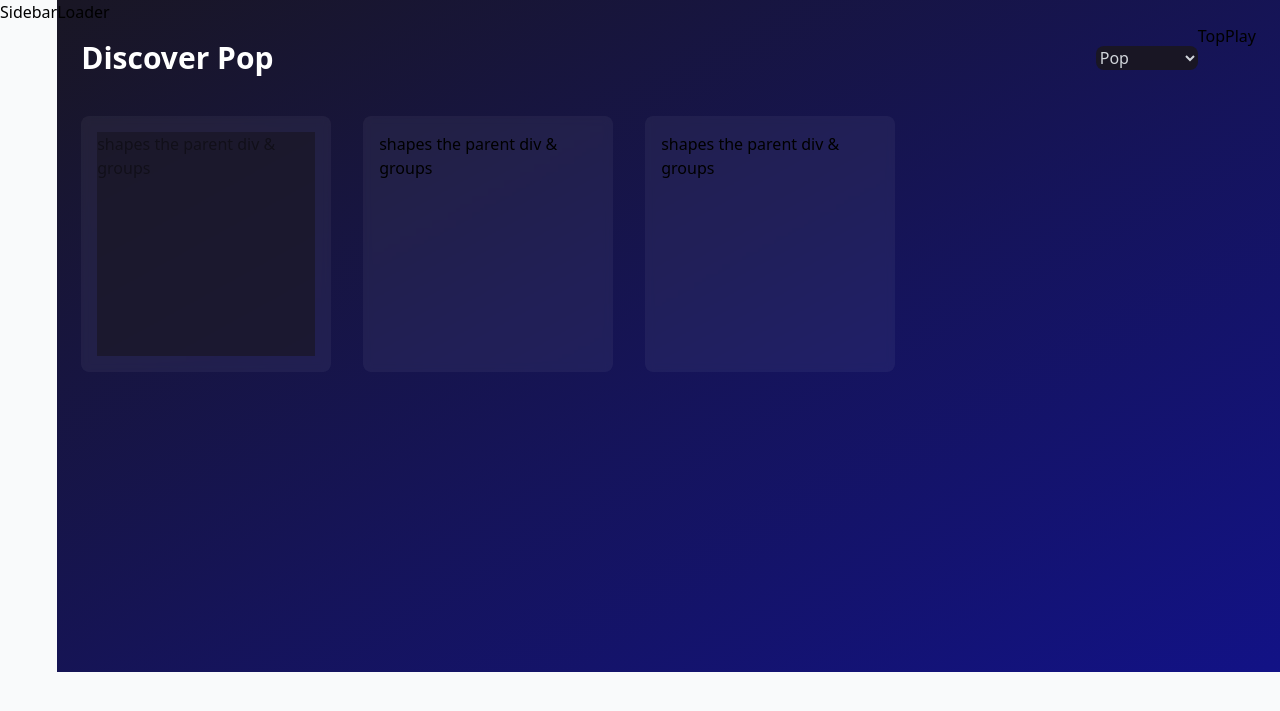
Repository: Chris24T/Dotify
Page: /
An editor plug-in stored every save of this project. The page is shown before and after the next save, followed by the edit.
The browser window is 1280 px wide. The pictures show the whole page.
The project was rebuilt for these pictures with package versions that can differ from the ones it lists, and the page was loaded fresh each time. Also part of the build but not shown: vite.config.js, src/components/PlayPause.jsx, src/components/ArtistCard.jsx, src/components/DetailsHeader.jsx, src/components/SongBar.jsx, src/components/RelatedSongs.jsx, src/components/MusicPlayer/Controls.jsx, src/components/MusicPlayer/Player.jsx and 13 more.

Above is the page before, as saved 2022-12-03 22:01:59.

### src/redux/store.js
import { configureStore } from '@reduxjs/toolkit';

import { shazamCoreApi } from './services/shazamCore';
import playerReducer from './features/playerSlice';

export const store = configureStore({
  reducer: {
    player: playerReducer,
    [shazamCoreApi.reducerPath]: shazamCoreApi.reducer,
  },
  middleware: (getDefaultMiddleware) =>
    getDefaultMiddleware().concat(shazamCoreApi.middleware),
});

### src/redux/services/shazamCore.js
import { createApi, fetchBaseQuery } from '@reduxjs/toolkit/query/react';

const baseHeaders = {
  'X-RapidAPI-Key': 'aa86041609msh651730729ed9b3dp1da6e2jsn7ec97b06be13',
  'X-RapidAPI-Host': 'shazam-core.p.rapidapi.com',
};

export const shazamCoreApi = createApi({
  reducerPath: 'shazamCoreApi',
  baseQuery: fetchBaseQuery({
    baseUrl: 'https://shazam-core.p.rapidapi.com/v1',
    prepareHeaders: (headers) => {
      headers.set({ baseHeaders });
      return headers;
    },
  }),
  endpoints: (builder) => ({
    getTopCharts: builder.query({ query: (genre) => '/charts/world' }),
  }),
});
// redux toolkit auto generates a hook
export const { useGetTopChartsQuery } = shazamCoreApi;

### src/redux/features/playerSlice.js
import { createSlice } from '@reduxjs/toolkit';

const initialState = {
  currentSongs: [],
  currentIndex: 0,
  isActive: false,
  isPlaying: false,
  activeSong: {},
  genreListId: '',
};

const playerSlice = createSlice({
  name: 'player',
  initialState,
  reducers: {
    setActiveSong: (state, action) => {
      state.activeSong = action.payload.song;

      if (action.payload?.data?.tracks?.hits) {
        state.currentSongs = action.payload.data.tracks.hits;
      } else if (action.payload?.data?.properties) {
        state.currentSongs = action.payload?.data?.tracks;
      } else {
        state.currentSongs = action.payload.data;
      }

      state.currentIndex = action.payload.i;
      state.isActive = true;
    },

    nextSong: (state, action) => {
      if (state.currentSongs[action.payload]?.track) {
        state.activeSong = state.currentSongs[action.payload]?.track;
      } else {
        state.activeSong = state.currentSongs[action.payload];
      }

      state.currentIndex = action.payload;
      state.isActive = true;
    },

    prevSong: (state, action) => {
      if (state.currentSongs[action.payload]?.track) {
        state.activeSong = state.currentSongs[action.payload]?.track;
      } else {
        state.activeSong = state.currentSongs[action.payload];
      }

      state.currentIndex = action.payload;
      state.isActive = true;
    },

    playPause: (state, action) => {
      state.isPlaying = action.payload;
    },

    selectGenreListId: (state, action) => {
      state.genreListId = action.payload;
    },
  },
});

export const { setActiveSong, nextSong, prevSong, playPause, selectGenreListId } = playerSlice.actions;

export default playerSlice.reducer;

### src/components/SongCard.jsx
import { Link } from 'react-router-dom';
import { useDispatch } from 'react-redux';

import PlayPause from './PlayPause';
import { playPause, setActiveSong } from '../redux/features/playerSlice';

const SongCard = ({ song, i }) => {
  const activeSong = { title: 'Test' };

  return (
    <div
      className="flex flex-col w-[250px] p-4 bg-white/5 bg-opacity-80
     backdrop-blur-sm animate-slideup rounded-lg cursor-pointer"
    >
      <div className="relative w-full h-56 group">
        shapes the parent div & groups
        <div
          className={`absolute inset-0 justify-center items-center
          bg-black bg-opacity-50 group-hover:[flex animate-ping] ${
            activeSong?.title === song.title
              ? 'flex bg-black bg-opacity-70'
              : 'hidden'
          }`}
        ></div>
      </div>
    </div>
  );
};

export default SongCard;

### src/pages/Discover.jsx
import { Error, Loader, SongCard } from '../components';
import { genres } from '../assets/constants';

import { useGetTopChartsQuery } from '../redux/services/shazamCore';

const Discover = () => {
  // const { data, isFetching, error } = useGetTopChartsQuery();
  const data = [{ title: 'Test' }, { title: 'mySong' }, { title: 'sing' }];
  const isFetching = false;
  const genreTitle = 'Pop';

  if (isFetching) return <Loader title="Loading Songs..." />;
  // if (error) return <Error />;

  return (
    <div className="flex flex-col">
      <div className="w-full flex justify-between items-center sm:flex-row flex-col mt-4 mb-10">
        <h2 className="font-bold text-3xl text-white text-left">
          Discover {genreTitle}
        </h2>
        <select
          onChange={() => {}}
          value=""
          className="bg-black rounded-lg outline-none text-gray-300 sm:mt-0 mt-5"
        >
          {genres.map((genre) => (
            <option key={genre.value} value={genre.value}>
              {genre.title}
            </option>
          ))}
        </select>
      </div>
      <div className="flex flex-wrap sm:justify-start justify-center gap-8">
        {data.map((song, i) => {
          return <SongCard key={song.key} song={song} i={i}></SongCard>;
        })}
      </div>
    </div>
  );
};

export default Discover;

### src/assets/constants.js
import { HiOutlineHashtag, HiOutlineHome, HiOutlinePhotograph, HiOutlineUserGroup } from 'react-icons/hi';

export const genres = [
  { title: 'Pop', value: 'POP' },
  { title: 'Hip-Hop', value: 'HIP_HOP_RAP' },
  { title: 'Dance', value: 'DANCE' },
  { title: 'Electronic', value: 'ELECTRONIC' },
  { title: 'Soul', value: 'SOUL_RNB' },
  { title: 'Alternative', value: 'ALTERNATIVE' },
  { title: 'Rock', value: 'ROCK' },
  { title: 'Latin', value: 'LATIN' },
  { title: 'Film', value: 'FILM_TV' },
  { title: 'Country', value: 'COUNTRY' },
  { title: 'Worldwide', value: 'WORLDWIDE' },
  { title: 'Reggae', value: 'REGGAE_DANCE_HALL' },
  { title: 'House', value: 'HOUSE' },
  { title: 'K-Pop', value: 'K_POP' },
];

export const links = [
  { name: 'Discover', to: '/', icon: HiOutlineHome },
  { name: 'Around You', to: '/around-you', icon: HiOutlinePhotograph },
  { name: 'Top Artists', to: '/top-artists', icon: HiOutlineUserGroup },
  { name: 'Top Charts', to: '/top-charts', icon: HiOutlineHashtag },
];

Loaded but not shown: index.html (common file); src/index.jsx (common file); src/index.css (common file); src/App.jsx (common file); src/components/index.js (common file); src/pages/index.js (common file); src/components/Sidebar.jsx (common file); src/components/Searchbar.jsx (common file); src/components/TopPlay.jsx (common file); tailwind.config.js (common file)

After the next save:
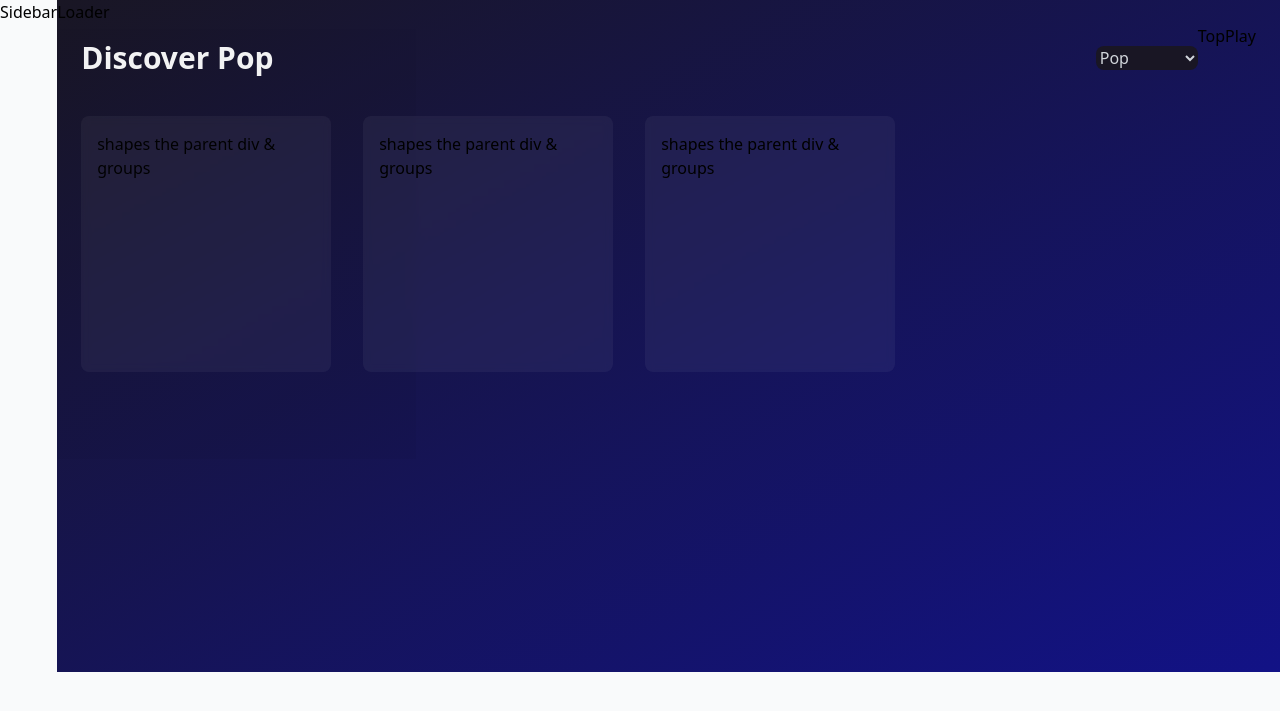
Saved 5 s later.
--- a/src/components/SongCard.jsx
+++ b/src/components/SongCard.jsx
@@ -16,7 +16,7 @@
         shapes the parent div & groups
         <div
           className={`absolute inset-0 justify-center items-center
-          bg-black bg-opacity-50 group-hover:[flex animate-ping] ${
+          bg-black bg-opacity-50 group-hover:flex animate-ping ${
             activeSong?.title === song.title
               ? 'flex bg-black bg-opacity-70'
               : 'hidden'

After the save that followed:
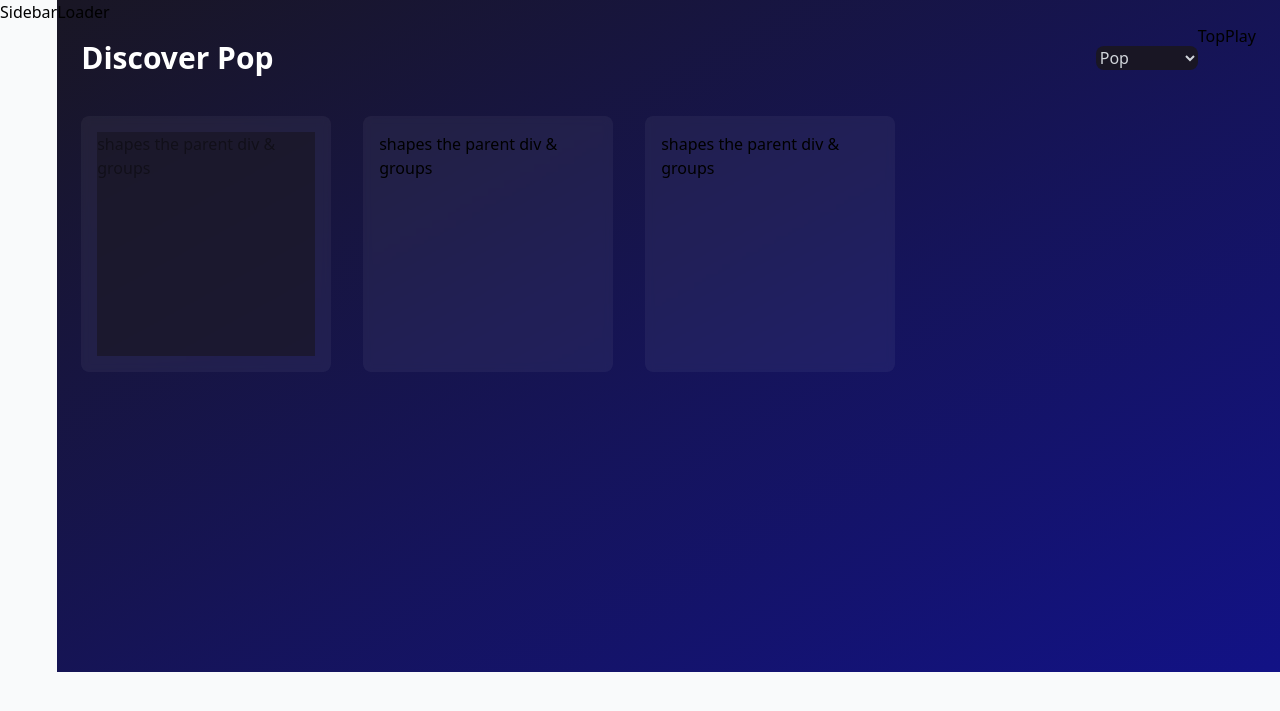
Saved 8 s later.
--- a/src/components/SongCard.jsx
+++ b/src/components/SongCard.jsx
@@ -16,7 +16,7 @@
         shapes the parent div & groups
         <div
           className={`absolute inset-0 justify-center items-center
-          bg-black bg-opacity-50 group-hover:flex animate-ping ${
+          bg-black bg-opacity-50 group-hover:flex,animate-ping ${
             activeSong?.title === song.title
               ? 'flex bg-black bg-opacity-70'
               : 'hidden'
